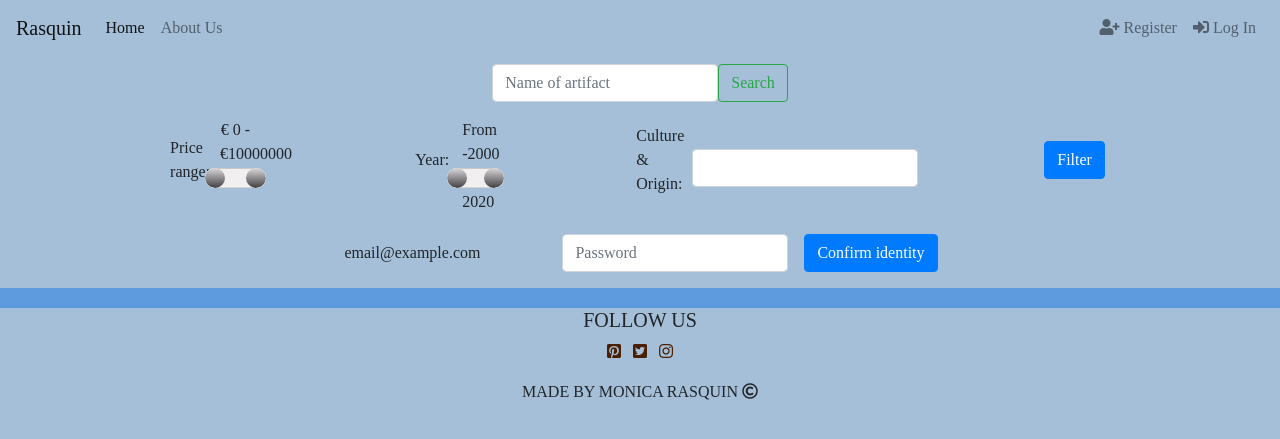
Repository: Rasquin/auction
Page: templates/base.html
The author's editor kept a record of every edit. The page is drawn from the files as they stood at one moment, then again after the next edit.
The browser window is 1280 px wide. The pictures show the whole page.
The template is drawn by Django 2.2. The application's start-up code is not run. Other server files are loaded and not shown. The template is opened directly, without the code that normally fills it, so the values that code supplies are empty.

Above is the page before.

### templates/base.html
<!DOCTYPE html>

{% load staticfiles %}

<html lang="en">

<head>
    <meta charset="UTF-8">
    <meta name="viewport" content="width=device-width, initial-scale=1.0">
    <meta http-equiv="X-UA-Compatible" content="ie=edge">

    <!-- Bootstrap compiled and minified CSS -->
    <link rel="stylesheet" href="https://stackpath.bootstrapcdn.com/bootstrap/4.3.1/css/bootstrap.min.css" integrity="sha384-ggOyR0iXCbMQv3Xipma34MD+dH/1fQ784/j6cY/iJTQUOhcWr7x9JvoRxT2MZw1T" crossorigin="anonymous">

    <!-- Font Awesome compiled and minified CSS -->
    <link rel="stylesheet" href="{% static 'font-awesome/css/all.css' %}">



    <!-- Own CSS -->
    <link rel="stylesheet" href="{% static 'css/mystyle.css' %}" type="text/css" />


    <!-- Own Scripts -->
    <script type="text/javascript" src="{% static 'js/myscript.js' %}"></script>

    <title>{% block page_title %}{% endblock %}</title>

</head>


<body>
    <!-- NavBar area -->
    <nav class="navbar navbar-expand-lg navbar-light bg-light">
        <!-- NavBar Brand-->
        <a class="navbar-brand" href="#">Rasquin</a>
        <button class="navbar-toggler" type="button" data-toggle="collapse" data-target="#navbarSupportedContent" aria-controls="navbarSupportedContent" aria-expanded="false" aria-label="Toggle navigation">
            <span class="navbar-toggler-icon"></span>
        </button>

        <div class="collapse navbar-collapse" id="navbarSupportedContent">
            <!-- NavBar Home & ABout-->
            <ul class="navbar-nav mr-auto">
                <li class="nav-item active">
                    <a class="nav-link" href="{% url 'index' %}">Home <span class="sr-only">(current)</span></a>
                </li>
                <li class="nav-item">
                    <a class="nav-link" href="{% url 'about' %}">About Us</a>
                </li>

            </ul>
            <!-- NavBar User status-->
            <ul class="navbar-nav navbar-right">
                    {% if user.is_authenticated %}
                        <li class="nav-item">
                            <a class="nav-link" href="{% url 'profile' %}"><i class="fa fa-user"></i> Profile</a>
                        </li>
                        <li class="nav-item">
                            <a class="nav-link" href="{% url 'logout' %}"><i class="fa fa-sign-out-alt"></i> Log Out</a>
                        </li>
                        <li class="nav-item">
                            <a class="nav-link" href="{% url 'view_my_biddings' %}"><i class="fas fa-gavel"></i>My Biddings </a>
                        </li>
                    {%  else %}
                        <li class="nav-item">
                            <a class="nav-link" href="{% url 'register' %}"><i class="fa fa-user-plus"></i> Register</a>
                        </li>
                        <li class="nav-item">
                            <a class="nav-link" href="{% url 'login' %}"><i class="fa fa-sign-in-alt"></i> Log In</a>
                        </li>
                    {% endif %}
                </ul>
        </div>
    </nav>

    <!-- Search & Filter area -->

    <!-- Search -->
    <nav class="navbar navbar-light bg-light justify-content-center">
        <form action="{% url 'search_by_name' %}" method="get" class="form-inline ">
            {% csrf_token %}
            <input type="text" class="form-control" id="artifact_name" name="artifact_name" required placeholder="Name of artifact">
            <button class="btn btn-outline-success  my-2 my-sm-0" type="search">Search</button>
        </form>
    </nav>


    <!-- Filters -->

    <nav class="navbar navbar-light bg-light justify-content-center">
        <form action="{% url 'filters' %}" method="get" class="form-inline">
            {% csrf_token %}
            <!-- Price Filter -->
            <div class="form-group" >
                <div class="col-12 col-md-3 col-lg-1">
                    <p><label for="amount">Price range:</label></p>
                </div>
                <div class="col-12 col-md-9 col-lg-3">
                    <section class="range-slider-price range-slider">
                        <span class="rangePriceValues rangeValues"></span>
                        <input value="0" min="0" max="10000000" step="2000" type="range" name="min_price">
                        <input value="10000000" min="0" max="10000000" step="2000" type="range" name="max_price">
                    </section>
                </div>
            </div>
            <!-- Year Filter -->
            <div class="form-group" >
                <div class="col-12 col-md-3 col-lg-1">
                    <p><label for="amount">Year:</label></p>
                </div>
                <div class="col-12 col-md-9 col-lg-3">
                    <section class="range-slider-year range-slider">

                        <span class="rangeYearValues"></span>
                        <input value="-2000" min="-2000" max="2020" step="20" type="range" name="min_year">
                        <input value="2020" min="-2000" max="2020" step="20" type="range" name="max_year">
                    </section>
                </div>
            </div>
            <!-- Origin Filter -->
            <div class="form-group" >
                <div class="col-12 col-md-3 col-lg-1">
                    <p><label for="origin">Culture & Origin:</label></p>
                </div>
                <div class="col-12 col-md-9 col-lg-3">
                    <input type="text" class="form-control" id="artifact_origin" name="artifact_origin">
                </div>
            </div>
            <!-- Filter Button -->
            <div class="form-group">
                <div class="row">
                    <div class="col-12 col-lg-1">
                        <p class="text-center">
                            <button class="btn btn-primary" type="search">Filter</button>
                        </p>
                    </div>
                </div>
            </div>

        </form>
    </nav>

    <nav class="navbar navbar-light bg-light justify-content-center">    <form class="form-inline">
            <div class="form-group mb-2">
                <label for="staticEmail2" class="sr-only">Email</label>
                <input type="text" readonly class="form-control-plaintext" id="staticEmail2" value="email@example.com">
            </div>
            <div class="form-group mx-sm-3 mb-2">
                <label for="inputPassword2" class="sr-only">Password</label>
                <input type="password" class="form-control" id="inputPassword2" placeholder="Password">
            </div>
            <button type="submit" class="btn btn-primary mb-2">Confirm identity</button>
        </form>
   </nav>

    {% block filter %}{% endblock %}

    <!-- Messages area -->
{% if messages %}
<div class="alert alert-success">
        <div class="messages">
            {% for message in messages %}
                {{ message }}
            {% endfor %}
        </div>
    </div>
{% endif %}

    <!-- Content area -->
    <div class="container-general">

        <!-- Block content area -->
        <div class="container-fluid">
            {% block content %} {% endblock %}
        </div>

    </div>

    <!-- Footer area -->
    <footer class="container-fluid">


        <!-- SOCIAL MEDIA-->
        <div class="row ">
            <div class="col-12 text-center">
                <h5 class="text-uppercase">Follow Us</h5>
                <ul class="list-inline social-links">
                    <li class="list-inline-item"><a href="#"><i class="fab fa-pinterest-square"  aria-hidden="true"></i></a></li>
                    <li class="list-inline-item"><a href="#"><i class="fab fa-twitter-square" aria-hidden="true"></i></a></li>
                    <li class="list-inline-item"><a href="#"><i class="fab fa-instagram" aria-hidden="true"></i></a></li>
                </ul>
            </div>
        </div>

        <!--COPYRIGHT-->
        <div class="row ">
            <div class="col-12">

                <p class="text-center text-uppercase">Made by Monica Rasquin <i class="far fa-copyright"></i> </p>
            </div>
        </div>
    </footer>


    <!-- Bootstrap compiled and minified JavaScript -->
    <script src="https://code.jquery.com/jquery-3.3.1.slim.min.js" integrity="sha384-q8i/X+965DzO0rT7abK41JStQIAqVgRVzpbzo5smXKp4YfRvH+8abtTE1Pi6jizo" crossorigin="anonymous"></script>
    <script src="https://cdnjs.cloudflare.com/ajax/libs/popper.js/1.14.7/umd/popper.min.js" integrity="sha384-UO2eT0CpHqdSJQ6hJty5KVphtPhzWj9WO1clHTMGa3JDZwrnQq4sF86dIHNDz0W1" crossorigin="anonymous"></script>
    <script src="https://stackpath.bootstrapcdn.com/bootstrap/4.3.1/js/bootstrap.min.js" integrity="sha384-JjSmVgyd0p3pXB1rRibZUAYoIIy6OrQ6VrjIEaFf/nJGzIxFDsf4x0xIM+B07jRM" crossorigin="anonymous"></script>
    {% block head_js %} {% endblock %}

</body>
</html>

### static/js/myscript.js
//--------------------------------------Slider for Prices filter
function getPriceVals() {
    // Get slider price values
    var parent = this.parentNode;
    var slides = parent.getElementsByTagName("input");
    var slide1 = parseFloat(slides[0].value);
    var slide2 = parseFloat(slides[1].value);
    // Neither slider will clip the other, so make sure we determine which is larger
    if (slide1 > slide2) { var tmp = slide2;
        slide2 = slide1;
        slide1 = tmp; }

    var displayElement = parent.getElementsByClassName("rangePriceValues")[0];
    displayElement.innerHTML = "€ " + slide1 + " - €" + slide2;
}

//--------------------------------------Slider for Year filter
function getYearVals() {
    // Get Year slider values
    var parent = this.parentNode;
    var slides = parent.getElementsByTagName("input");
    var slide1 = parseFloat(slides[0].value);
    var slide2 = parseFloat(slides[1].value);
    // Neither slider will clip the other, so make sure we determine which is larger
    if (slide1 > slide2) { var tmp = slide2;
        slide2 = slide1;
        slide1 = tmp; }

    var displayElement = parent.getElementsByClassName("rangeYearValues")[0];
    displayElement.innerHTML = "From " + slide1 + " To " + slide2;
}

//----------------------------------------------- Initialize Sliders
window.onload = function() {
    // For Price
    var sliderSectionsPrice = document.getElementsByClassName("range-slider-price");
    for (var x = 0; x < sliderSectionsPrice.length; x++) {
        var slidersPrice = sliderSectionsPrice[x].getElementsByTagName("input");
        for (var y = 0; y < slidersPrice.length; y++) {
            if (slidersPrice[y].type === "range") {
                slidersPrice[y].oninput = getPriceVals;
                // Manually trigger event first time to display values
                slidersPrice[y].oninput();
            }
        }
    }
    // For Year
    var sliderSectionsYear = document.getElementsByClassName("range-slider-year");
    for (var x = 0; x < sliderSectionsYear.length; x++) {
        var slidersYear = sliderSectionsYear[x].getElementsByTagName("input");
        for (var y = 0; y < slidersYear.length; y++) {
            if (slidersYear[y].type === "range") {
                slidersYear[y].oninput = getYearVals;
                // Manually trigger event first time to display values
                slidersYear[y].oninput();
            }
        }
    }
}

Loaded but not shown: static/font-awesome/css/all.css (library); static/css/mystyle.css (common file)

After the next edit:
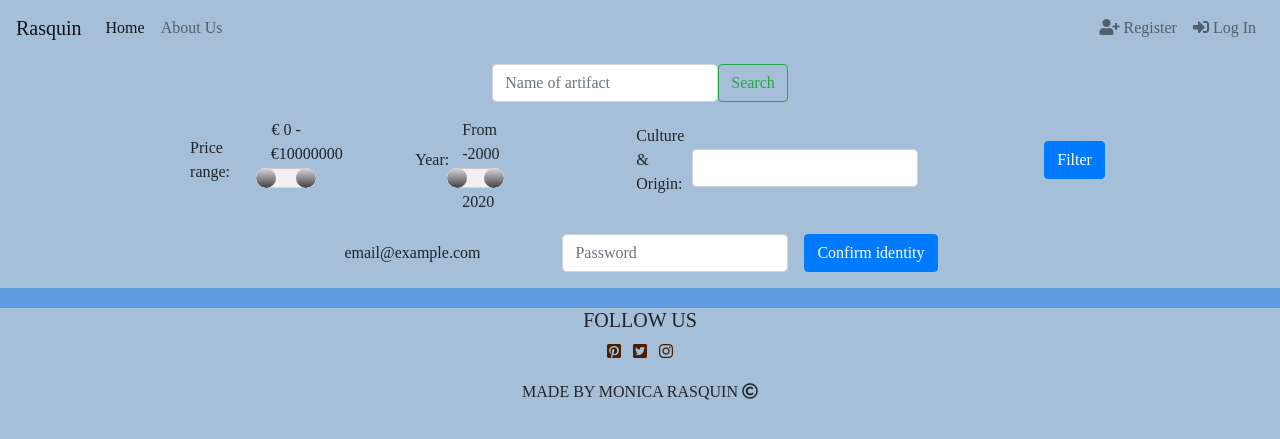
The edit:
--- a/templates/base.html
+++ b/templates/base.html
@@ -92,7 +92,7 @@
             {% csrf_token %}
             <!-- Price Filter -->
             <div class="form-group" >
-                <div class="col-12 col-md-3 col-lg-1">
+                <div class="col-12 col-md-4">
                     <p><label for="amount">Price range:</label></p>
                 </div>
                 <div class="col-12 col-md-9 col-lg-3">
